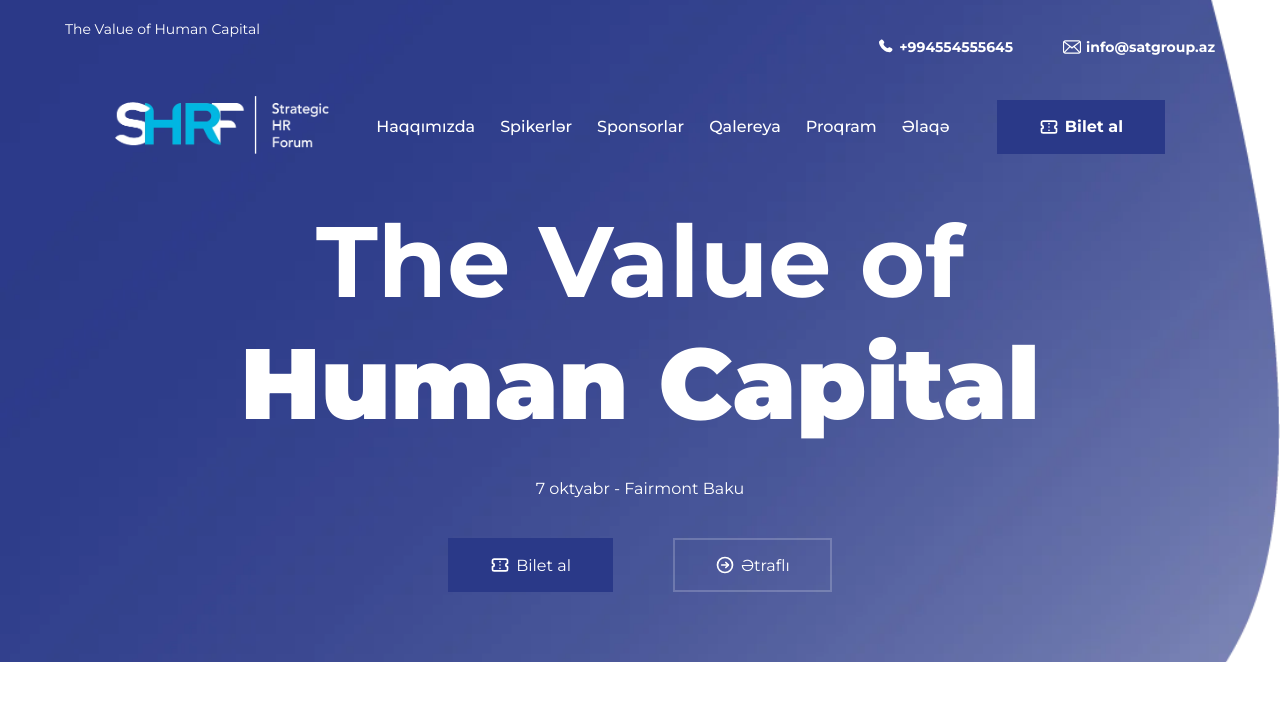
Repository: allahverdiyevabdulhasan/shrf
Page: /
These files come from the project's save history. The page is drawn as it stood at one moment and after the next save; the edit follows.
The browser window is 1280 px wide. The pictures show the whole page.
The project was rebuilt for these pictures with package versions that can differ from the ones it lists, and the page was loaded fresh each time. Also part of the build but not shown: vite.config.js, src/App.css.

Above is the page before, as saved 2024-08-16 10:52:12.

After the next save:
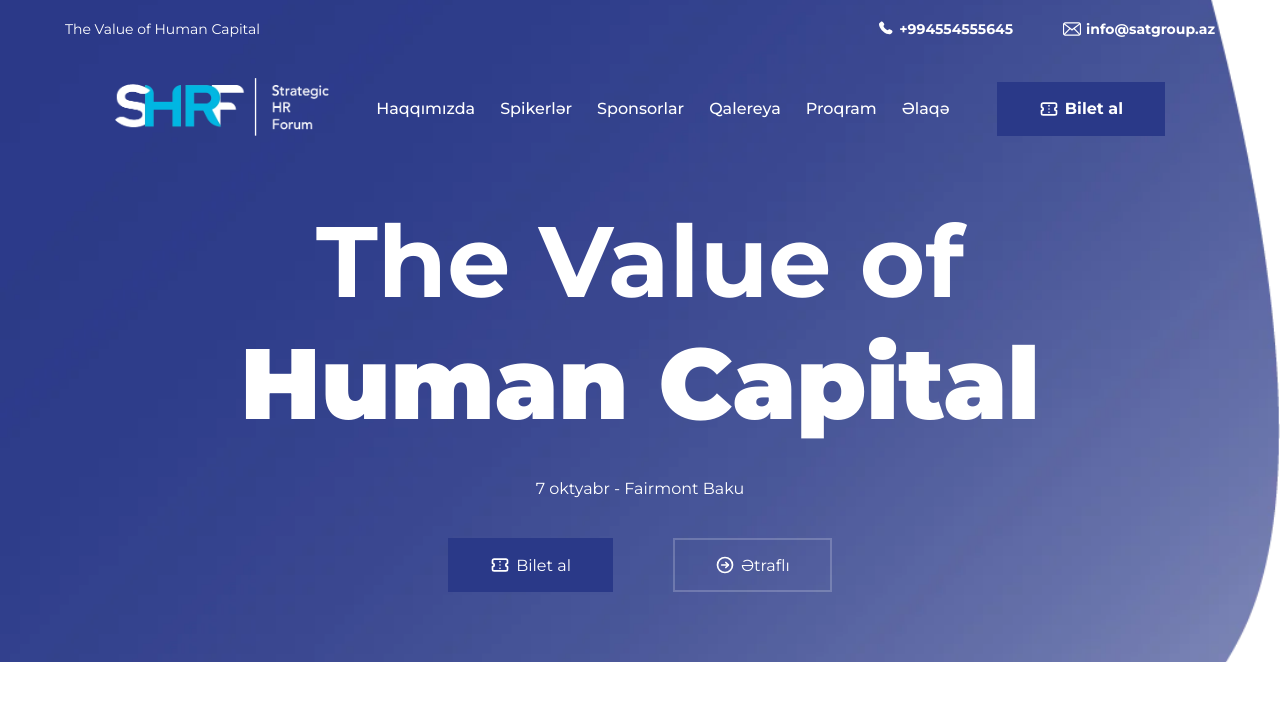
Saved 16 s later.
--- a/src/components/Header/style.module.css
+++ b/src/components/Header/style.module.css
@@ -7,14 +7,15 @@ header {
 }
 
 .top {
-    display: flex;
-    justify-content: space-between;
-    align-items: center;
+
     padding: 20px 0;
     color: #fff;
     font-size: 14px;
     & > div{
         width: 100%;
+        display: flex;
+        justify-content: space-between;
+        align-items: center;
     }
 }
 
